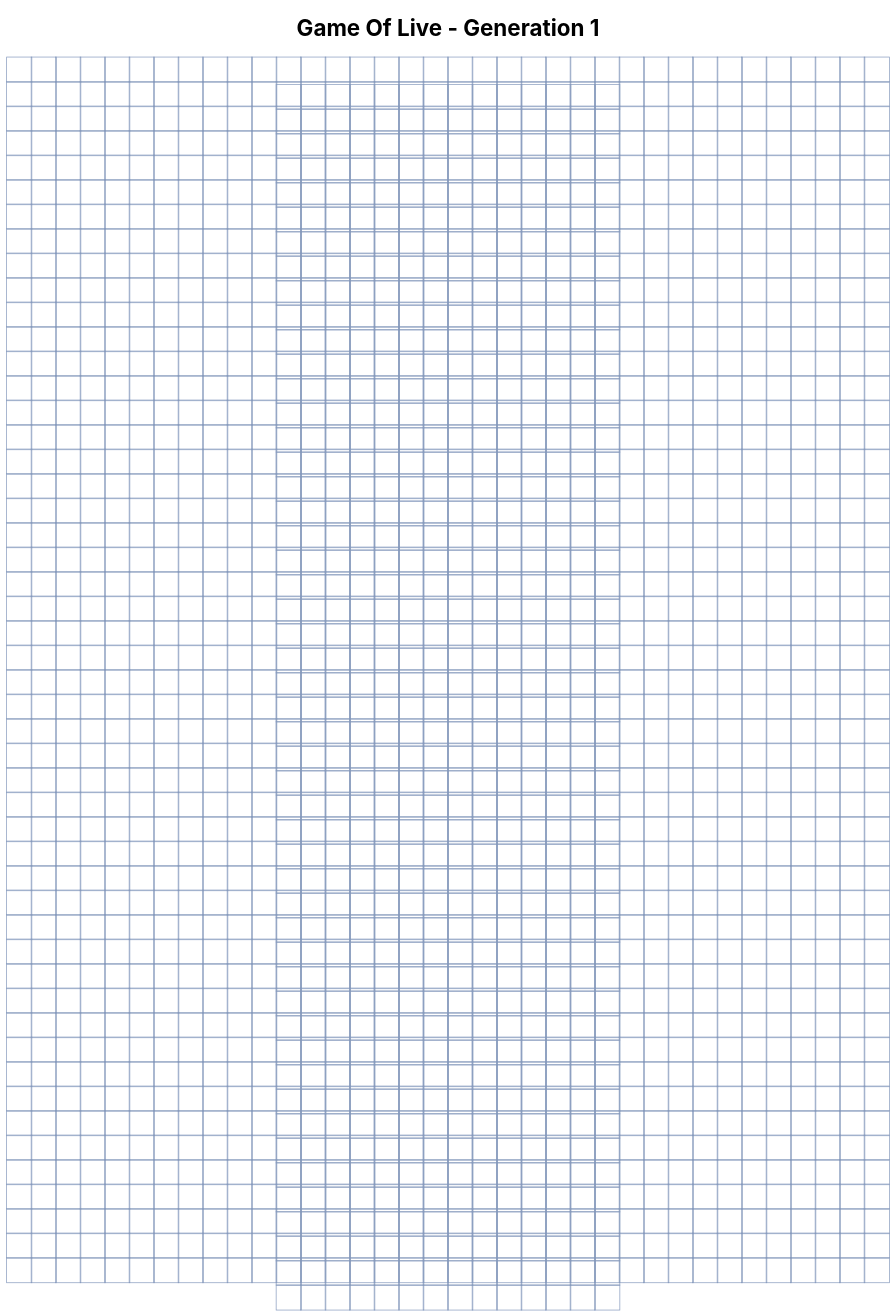
Repository: cfaguilera20/gol
Page: /
These files come from the project's save history. The page is drawn as it stood at one moment and after the next save; the edit follows.
The browser window is 1280 px wide. The pictures show the whole page, at 70% of full size.
The project was rebuilt for these pictures with package versions that can differ from the ones it lists, and the page was loaded fresh each time.

Above is the page before, as saved 2021-07-25 11:46:25.

### src/App.js
import './App.css';

import World from './components/World.jsx';

function App() {
    return (
        <div className="App">
            <World />
        </div>
    );
}

export default App;

### src/components/World.jsx
import React, { useState } from 'react';
import './World.css';

const WORLD_SIZE = 50;

const World = (props) => {
    const [world, setWorld] = useState(createWorld(WORLD_SIZE));
    const [generation, setGenerarion] = useState(1);

    return (
        <>
            <h1>Game Of Live - Generation {generation}</h1>
            <div className="world">
                {world.map((row, rowIdx) => (
                    <div key={rowIdx} className="row">
                        {row.map((cellValue, cellIdx) => {
                            const className = getCellClassName(world);
                            return (
                                <div key={cellIdx} className={className}></div>
                            );
                        })}
                    </div>
                ))}
            </div>
        </>
    );
};

const createWorld = (WORLD_SIZE) => {
    let counter = 1;
    const world = [];
    for (let row = 0; row < WORLD_SIZE; row++) {
        const currentRow = [];
        for (let col = 0; col < WORLD_SIZE; col++) {
            currentRow.push(counter++);
        }
        world.push(currentRow);
    }
    return world;
};

const getCellClassName = (cellValue, board) => {
    let className = 'cell';
    if (cellValue === 1) {
        className = 'cell cell-red';
    }
    return className;
};

export default World;

### src/components/world.css
.row {
    height: 35px;
}

.cell {
    width: 35px;
    height: 35px;
    outline: 1px solid rgb(134, 154, 189);
    display: inline-block;
}

.cell-green {
    background-color: green;
}

.cell-red {
    background-color: red;
}

.cell-purple {
    background-color: purple;
}

Loaded but not shown: public/index.html (common file); src/index.js (common file); src/index.css (common file); src/reportWebVitals.js (common file); src/App.css (common file)

After the next save:
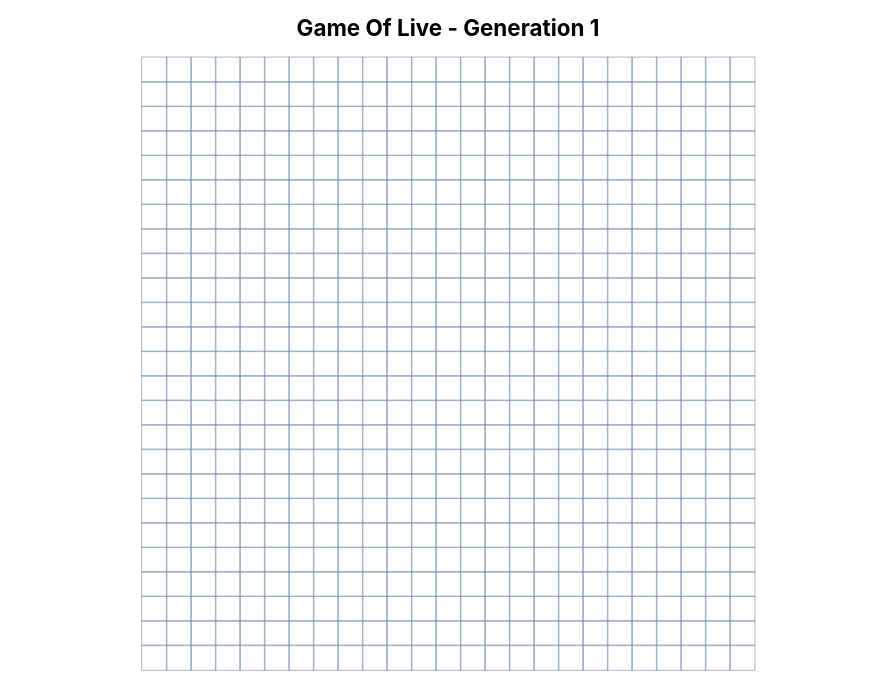
Saved 10 s later.
--- a/src/components/World.jsx
+++ b/src/components/World.jsx
@@ -1,7 +1,7 @@
 import React, { useState } from 'react';
 import './World.css';
 
-const WORLD_SIZE = 50;
+const WORLD_SIZE = 25;
 
 const World = (props) => {
     const [world, setWorld] = useState(createWorld(WORLD_SIZE));
